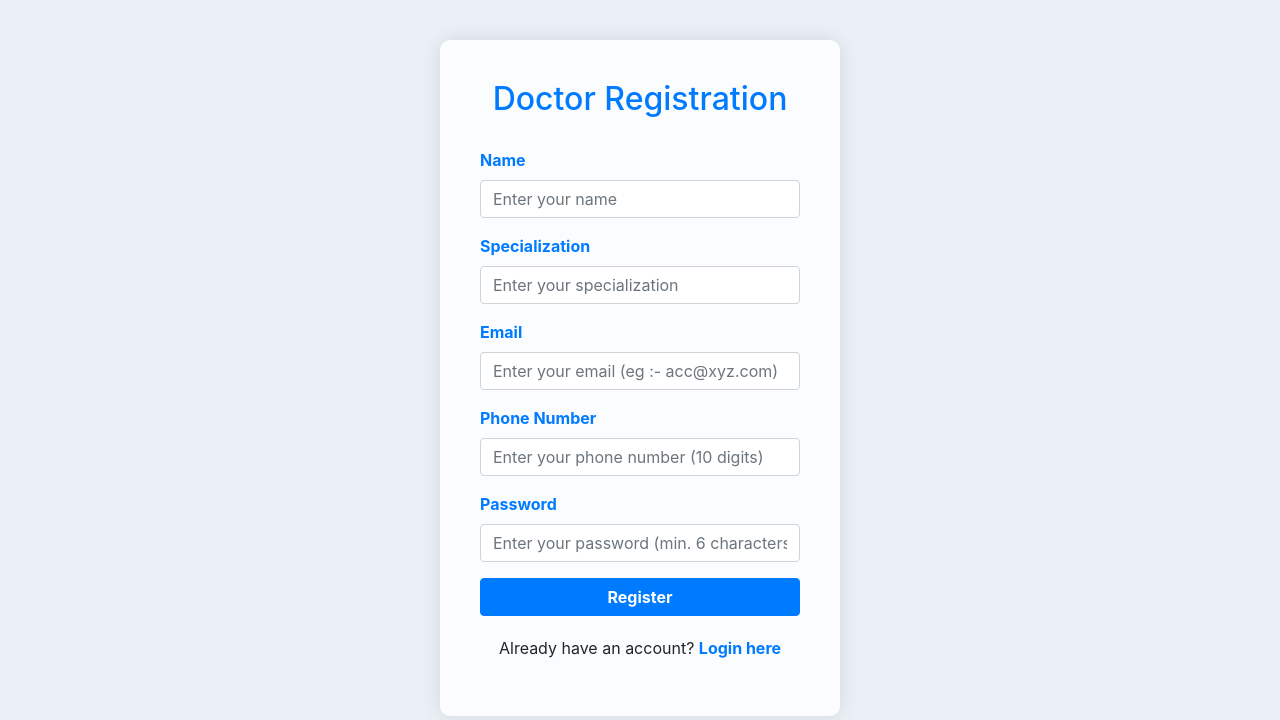
Repository: MohaseenAli/mediSlot
Page: http://localhost/mediSlot/doctor_regestration.jsp
An editor plug-in stored every save of this project. The page is shown before and after the next save, followed by the edit.
The browser window is 1280 px wide. The pictures show the whole page.
The page is served by Tomcat 10. Other server files are loaded and not shown.

Above is the page before, as saved 2024-04-21 12:59:41.
Console error: TypeError: Cannot read properties of null (reading 'addEventListener')

### mediSlot/src/main/webapp/doctor_regestration.jsp
<%@ page language="java" contentType="text/html; charset=UTF-8"
	pageEncoding="UTF-8"%>
<%@ page session="true"%>
<!DOCTYPE html>
<html lang="en">
<head>
<meta charset="UTF-8" />
<meta name="viewport" content="width=device-width, initial-scale=1.0" />
<title>MediSlot</title>
<link href="assets/image/icon.png" rel="icon">
<!-- Bootstrap CSS -->
<link
	href="https://stackpath.bootstrapcdn.com/bootstrap/4.5.2/css/bootstrap.min.css"
	rel="stylesheet" />
<!-- Custom CSS -->
<style>
body {
	background-color: #eaf0f6; /* Light blue background */
	padding-top: 40px;
}

.form-container {
	max-width: 400px;
	margin: auto;
	background-color: rgba(255, 255, 255, 0.8);
	/* Semi-transparent white form background */
	padding: 40px;
	border-radius: 10px;
	box-shadow: 0 0 20px rgba(0, 0, 0, 0.1);
}

.form-container h2 {
	color: #007bff; /* Blue header text */
	text-align: center;
	margin-bottom: 30px;
}

.form-container .form-group label {
	color: #007bff; /* Blue label text */
	font-weight: bold;
}

.form-container .btn-primary {
	background-color: #007bff; /* Blue button background */
	border-color: #007bff;
	font-weight: bold;
	transition: background-color 0.3s;
}

.form-container .btn-primary:hover {
	background-color: #0056b3; /* Darker blue on hover */
	border-color: #0056b3;
}

.login-link {
	text-align: center;
	margin-top: 20px;
}

.login-link a {
	color: #007bff; /* Blue login link text */
	text-decoration: none;
	font-weight: bold;
	transition: color 0.3s;
}

.login-link a:hover {
	color: #0056b3; /* Darker blue on hover */
}
</style>
</head>
<body>
	<div class="container">
		<div class="form-container">
			<h2>Doctor Registration</h2>
			<%
			String error = (String) session.getAttribute("regError");
			if (error != null) {
			%>
			<p style="color: red; display: flex; justify-content: center"><%=error%></p>
			<%
			session.removeAttribute("regError");
			}
			%>
			<form method=post action="doctorRegestration">
				<div class="form-group">
					<label for="name">Name</label> <input type="text"
						class="form-control" id="name" name="name"
						placeholder="Enter your name" required />
				</div>
				<div class="form-group">
					<label for="specialization">Specialization</label> <input
						type="text" class="form-control" id="specialization"
						name="specialization" placeholder="Enter your specialization"
						required />
				</div>
				<div class="form-group">
					<label for="email">Email</label> <input type="email"
						class="form-control" id="email" name="email"
						placeholder="Enter your email (eg :- acc@xyz.com)" required />
				</div>

				<div class="form-group">
					<label for="phone">Phone Number</label> <input type="tel"
						class="form-control" id="phone" name="phone" pattern="[1-9]{1}[0-9]{9}"
						placeholder="Enter your phone number (10 digits)" required />
				</div>
				<div class="form-group">
					<label for="password">Password</label> <input type="password"
						class="form-control" id="password" name="password" pattern=".{6,}"
						placeholder="Enter your password (min. 6 characters)" required />
				</div>
				<button type="submit" class="btn btn-primary btn-block">
					Register</button>
			</form>
			<div class="login-link">
				<p>
					Already have an account? <a href="doctor_login.jsp">Login here</a>
				</p>
			</div>
		</div>
	</div>

	<!-- JavaScript to toggle password visibility -->
    <script>
        const togglePassword = document.querySelector('#togglePassword');
        const password = document.querySelector('#password');

        togglePassword.addEventListener('click', function (e) {
            // toggle the type attribute
            const type = password.getAttribute('type') === 'password' ? 'text' : 'password';
            password.setAttribute('type', type);
            // toggle the eye slash icon
            this.querySelector('i').classList.toggle('fa-eye-slash');
            this.querySelector('i').classList.toggle('fa-eye');
        });
    </script>
</body>
</html>

After the next save:
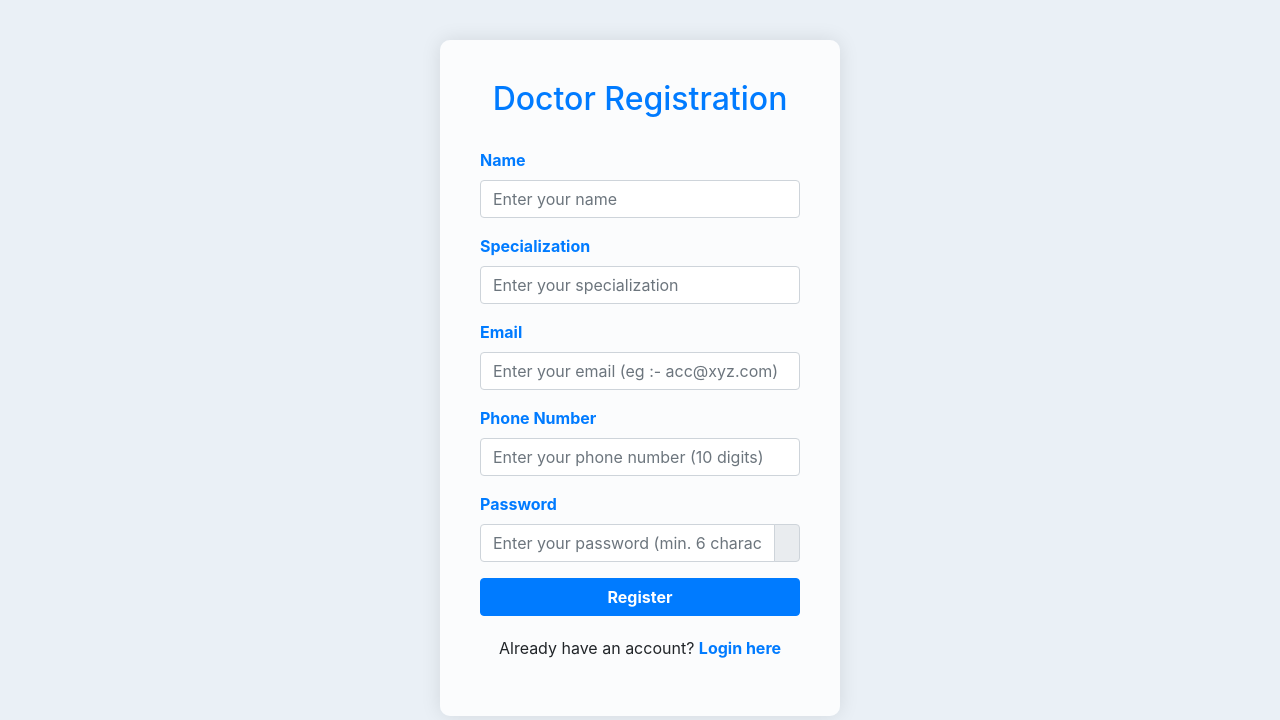
The error is gone.
Saved 17 s later.
--- a/mediSlot/src/main/webapp/doctor_regestration.jsp
+++ b/mediSlot/src/main/webapp/doctor_regestration.jsp
@@ -105,11 +105,19 @@ body {
 						class="form-control" id="phone" name="phone" pattern="[1-9]{1}[0-9]{9}"
 						placeholder="Enter your phone number (10 digits)" required />
 				</div>
+
 				<div class="form-group">
-					<label for="password">Password</label> <input type="password"
-						class="form-control" id="password" name="password" pattern=".{6,}"
-						placeholder="Enter your password (min. 6 characters)" required />
-				</div>
+                    <label for="password">Password</label>
+                    <div class="input-group">
+                        <input type="password" class="form-control" id="password" name="password" pattern=".{5,}" placeholder="Enter your password (min. 6 characters)" required />
+                        <div class="input-group-append">
+                            <span class="input-group-text" id="togglePassword">
+                                <i class="fa fa-eye-slash" aria-hidden="true"></i>
+                            </span>
+                        </div>
+                    </div>
+                </div>
+
 				<button type="submit" class="btn btn-primary btn-block">
 					Register</button>
 			</form>
